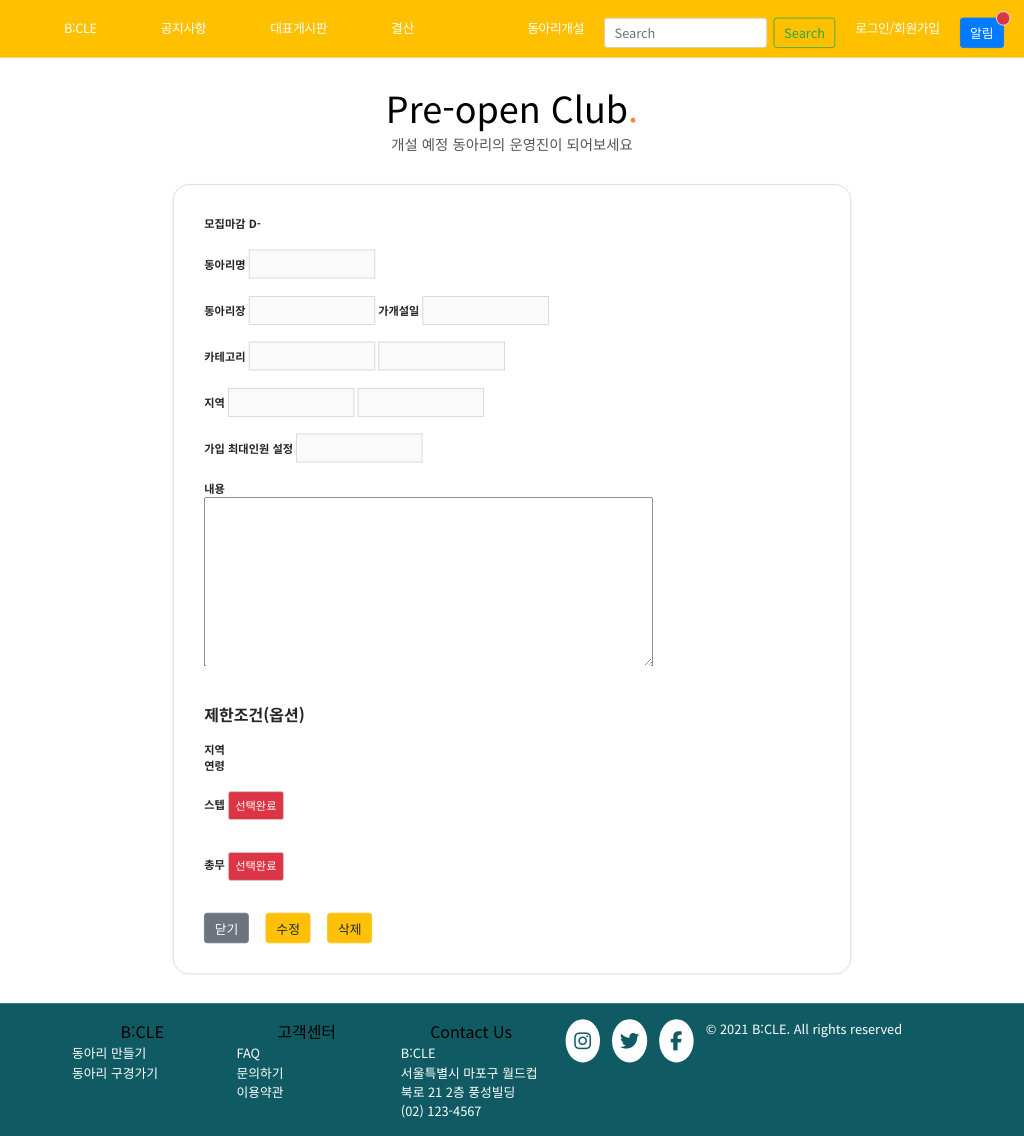
Repository: CHAEYUN7074/SpringProject
Page: http://localhost/viewpages/WEB-INF/view/ClubBeforeOpenedContents.jsp
An editor plug-in stored every save of this project. The page is shown before and after the next save, followed by the edit.
The browser window is 1280 px wide. The pictures show the whole page, at 80% of full size.
Some web fonts or font styles are not loaded; a fallback is used. Some web libraries are served in a nearby version. The page is served by Tomcat 9. Nobody is signed in. The template is opened directly, without the code that normally fills it, so the values that code supplies are empty.

Above is the page before, as saved 2021-12-27 14:17:24.

After the next save:
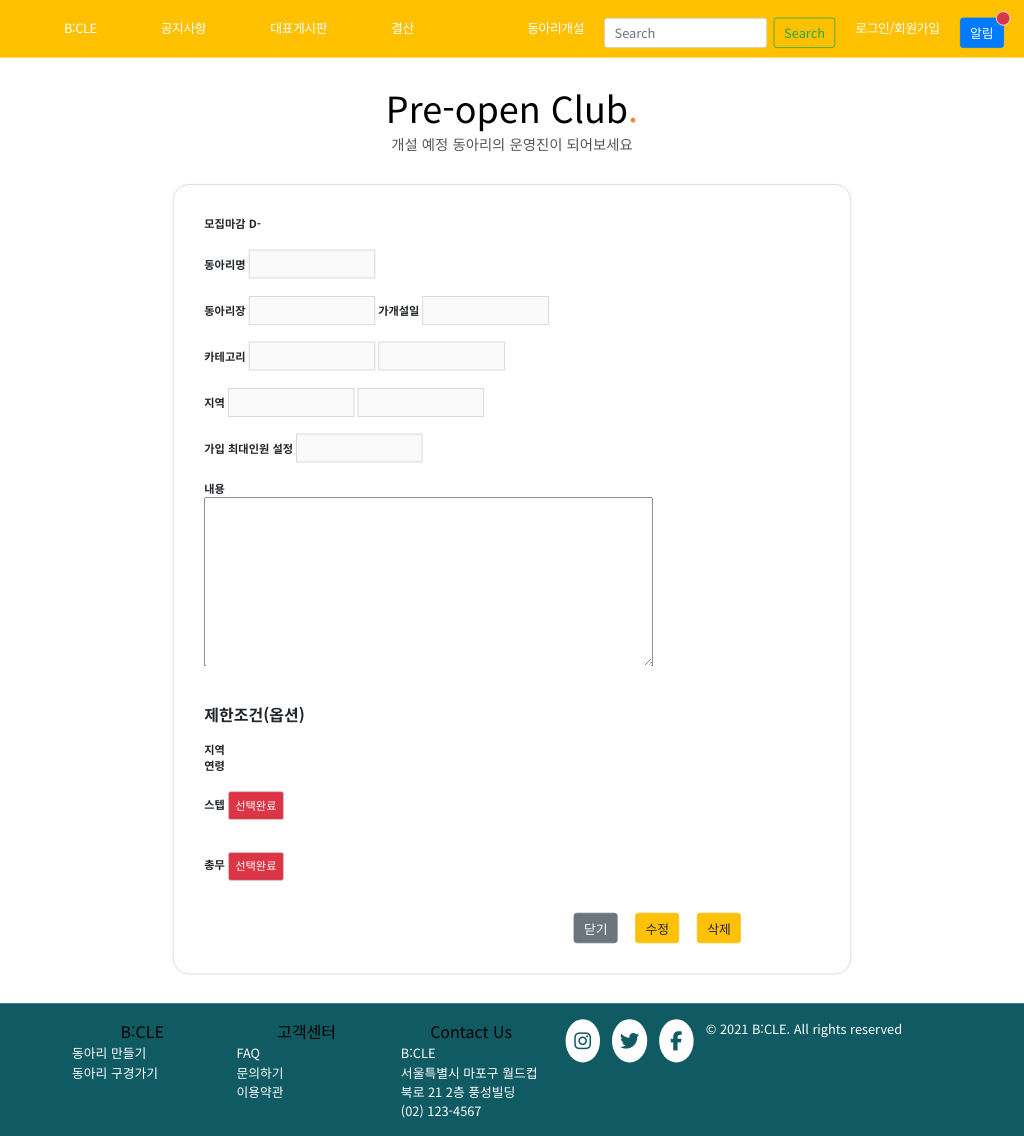
Saved 24 s later.
--- a/viewpages/WebContent/WEB-INF/view/ClubBeforeOpenedContents.jsp
+++ b/viewpages/WebContent/WEB-INF/view/ClubBeforeOpenedContents.jsp
@@ -55,7 +55,7 @@ String cp = request.getContextPath();
 
 #contents input {  border : 1px solid lightgray;    height : 5vh; margin-right : 0vh; height : 5vh}
 #contents p {margin-bottom : 3vh;}
-.button_set {display : flex;}
+.button_set {display : flex; margin-left : 60%;}
 .button_set button {margin-right : 3vh;}
 
 
